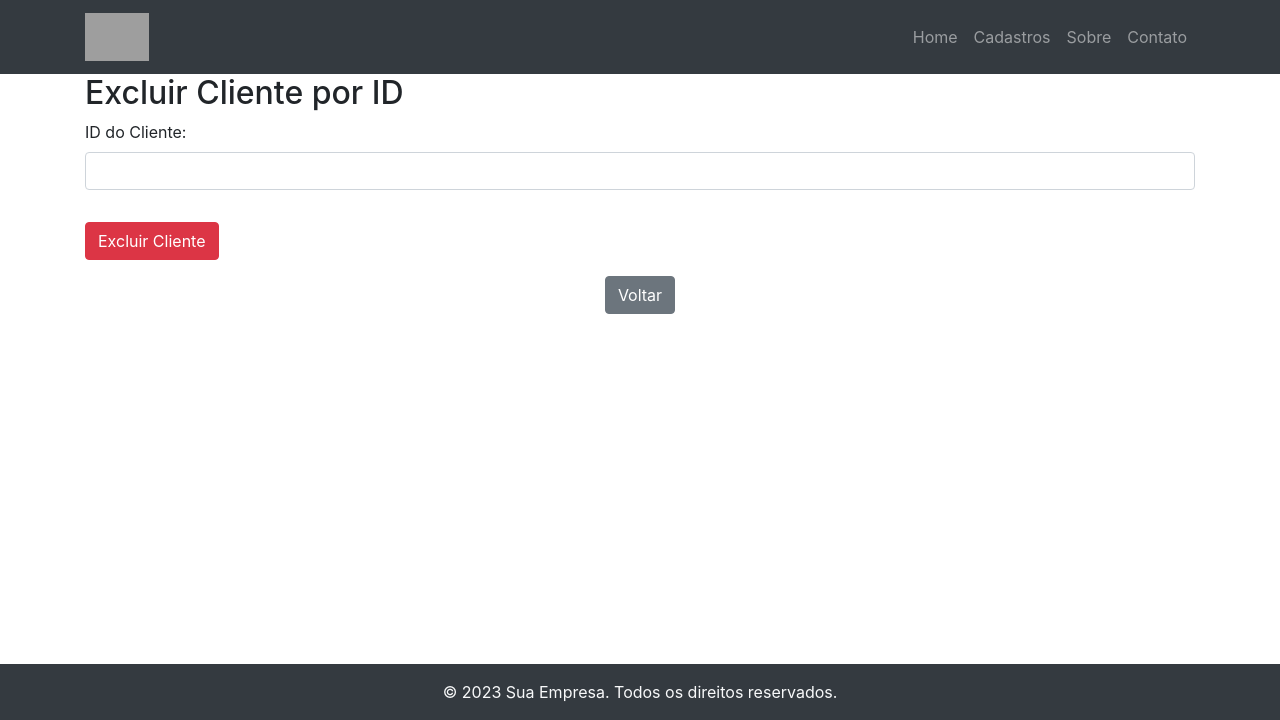
Repository: hagartelles/serveletProject
Page: http://localhost/BeltourServerlet/DeleteClient.jsp
An editor plug-in stored every save of this project. The page is shown before and after the next save, followed by the edit.
The browser window is 1280 px wide. The pictures show the whole page.
Pictures or frames that could not be fetched are drawn as grey boxes. The page is served by Tomcat 9.

Above is the page before, as saved 2023-11-06 02:31:10.

After the next save:
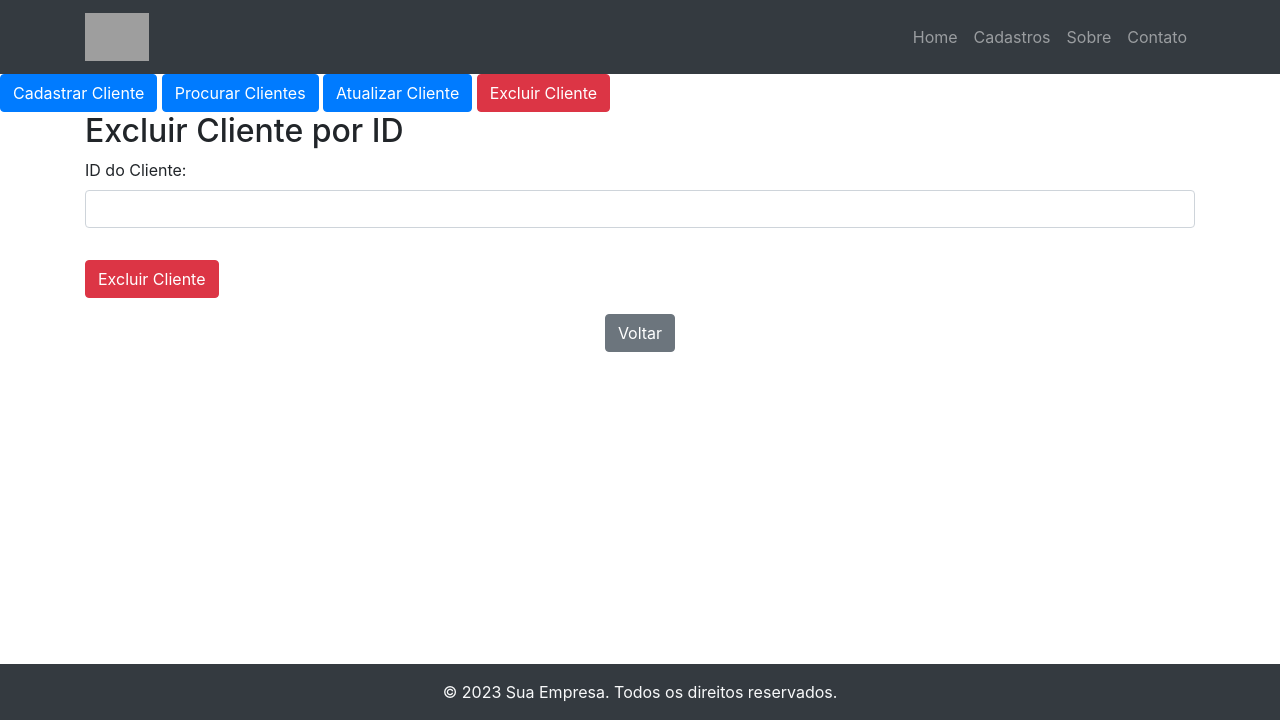
Saved 16 s later.
--- a/BeltourServerlet/src/main/webapp/DeleteClient.jsp
+++ b/BeltourServerlet/src/main/webapp/DeleteClient.jsp
@@ -37,6 +37,15 @@
     </header>
 
     <!-- Corpo da Página -->
+        <!-- Formulário para Ações de Cliente -->
+	<form id="cliente-form">
+	  <a href="CreateClient.jsp" class="btn btn-primary" name="cadastrar">Cadastrar Cliente</a>
+	  <a href="ReadClients.jsp" class="btn btn-primary" name="procurar">Procurar Clientes</a>
+	  <a href="UpdateClient.jsp" class="btn btn-primary" name="atualizar">Atualizar Cliente</a>
+	  <a href="DeleteClient.jsp" class="btn btn-danger" name="excluir">Excluir Cliente</a>
+	</form>
+  </div>
+
     <div class="container">
         <h2>Excluir Cliente por ID</h2>
         <form action="DeleteController" method="post">
